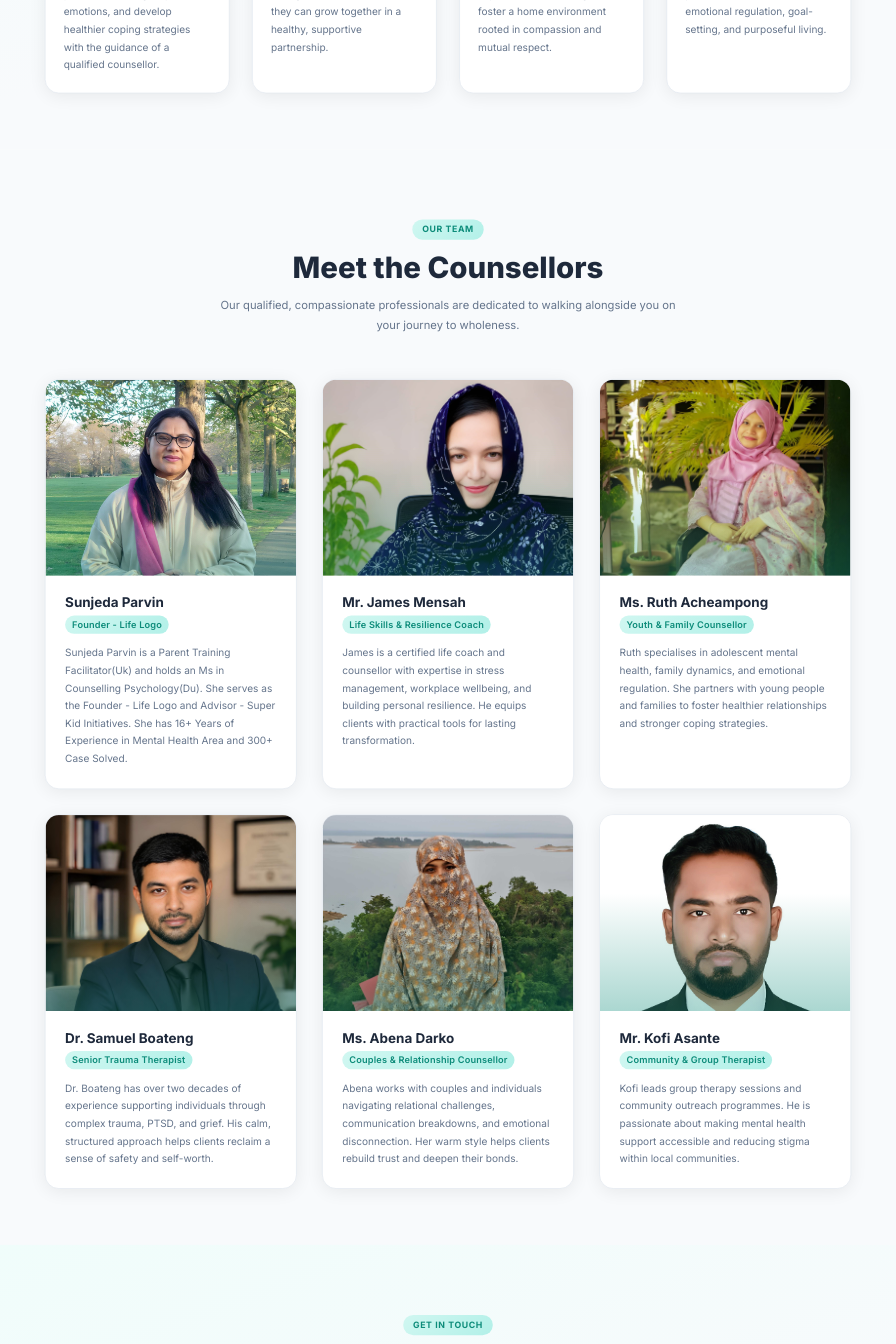
Repository: Tan47s/Lifelogo
Page: /
These files come from the project's save history. The page is drawn as it stood at one moment and after the next save; the edit follows.
The browser window is 1280 px wide. The pictures show the part of the page from y = 1998 to 3918 px (the page is 4911 px tall), at 70% of full size.
The project was rebuilt for these pictures with package versions that can differ from the ones it lists, and the page was loaded fresh each time. Also part of the build but not shown: vite.config.js.

Above is the page before, as saved 2026-08-09 17:09:31.

After the next save:
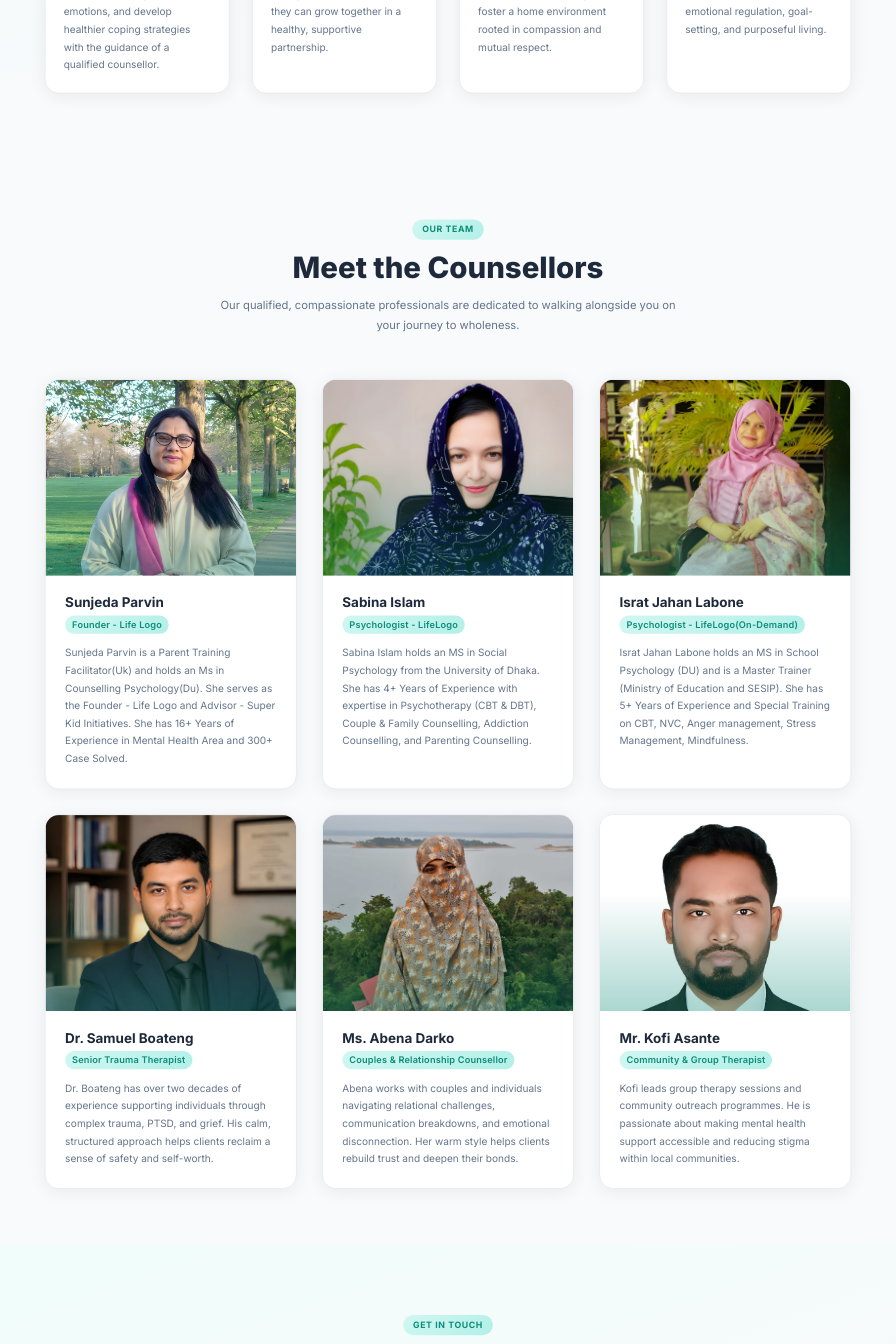
Saved 75 s later.
--- a/src/comp/Counsellors.jsx
+++ b/src/comp/Counsellors.jsx
@@ -16,15 +16,15 @@ const counsellors = [
   },
   {
     img: c2,
-    name: 'Mr. James Mensah',
-    role: 'Life Skills & Resilience Coach',
-    bio: 'James is a certified life coach and counsellor with expertise in stress management, workplace wellbeing, and building personal resilience. He equips clients with practical tools for lasting transformation.',
+    name: 'Sabina Islam',
+    role: 'Psychologist - LifeLogo',
+    bio: 'Sabina Islam holds an MS in Social Psychology from the University of Dhaka. She has 4+ Years of Experience with expertise in Psychotherapy (CBT & DBT), Couple & Family Counselling, Addiction Counselling, and Parenting Counselling.',
   },
   {
     img: c3,
-    name: 'Ms. Ruth Acheampong',
-    role: 'Youth & Family Counsellor',
-    bio: 'Ruth specialises in adolescent mental health, family dynamics, and emotional regulation. She partners with young people and families to foster healthier relationships and stronger coping strategies.',
+    name: 'Israt Jahan Labone',
+    role: 'Psychologist - LifeLogo(On-Demand)',
+    bio: 'Israt Jahan Labone holds an MS in School Psychology (DU) and is a Master Trainer (Ministry of Education and SESIP). She has 5+ Years of Experience and Special Training on CBT, NVC, Anger management, Stress Management, Mindfulness.',
   },
   {
     img: c4,
